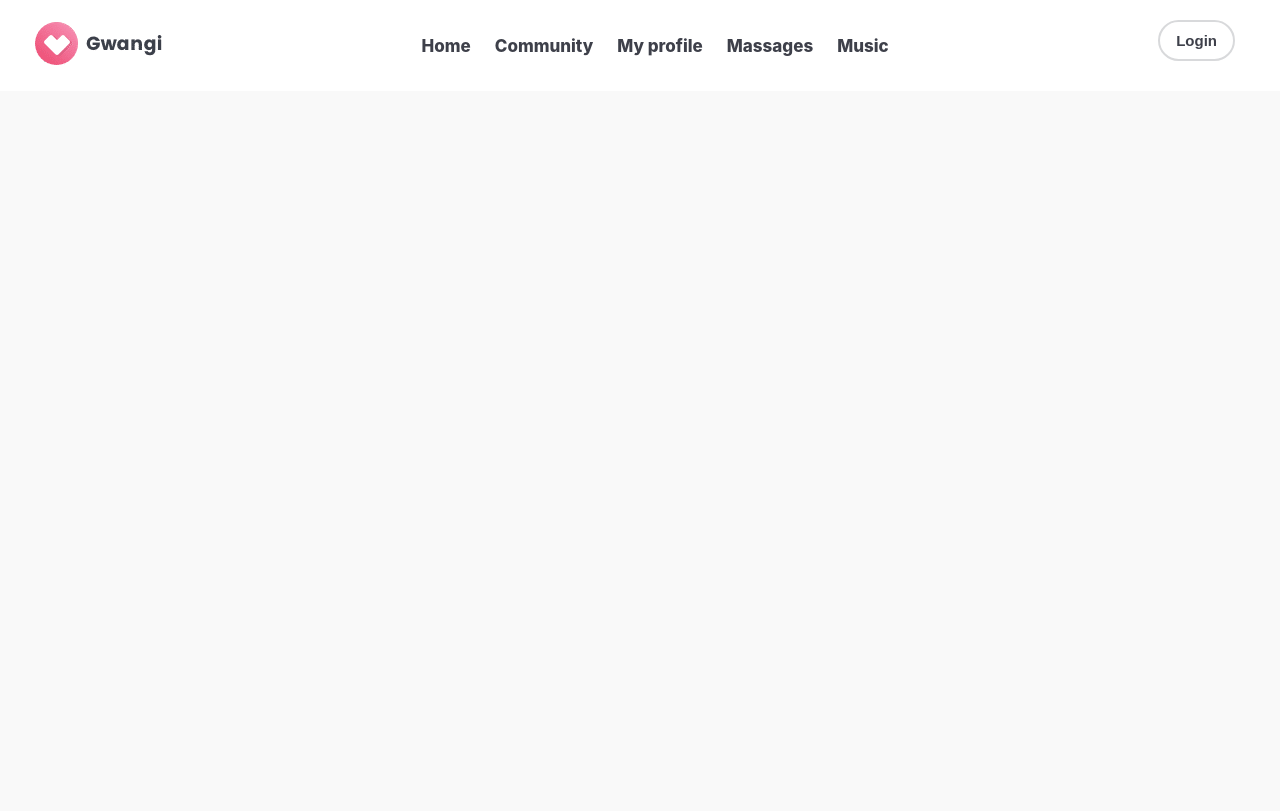
Repository: ShokunLiubov/Soc-Network-React
Page: /login
These files come from the project's save history. The page is drawn as it stood at one moment and after the next save; the edit follows.
The browser window is 1280 px wide. The pictures show the whole page.
The project was rebuilt for these pictures with package versions that can differ from the ones it lists, and the page was loaded fresh each time. Also part of the build but not shown: src/components/common/Paginator/Paginator.module.css, src/components/common/Paginator/Paginator.jsx, src/components/Community/Community.module.css, src/components/Community/Friend/Friend.jsx, src/components/Community/Community.jsx, src/components/common/Preloader/Preloader.jsx, src/components/Community/CommunityContainer.jsx, src/components/Dialogs/Dialogs.module.css and 14 more.

Above is the page before, as saved 2022-08-24 17:22:13.

After the next save:
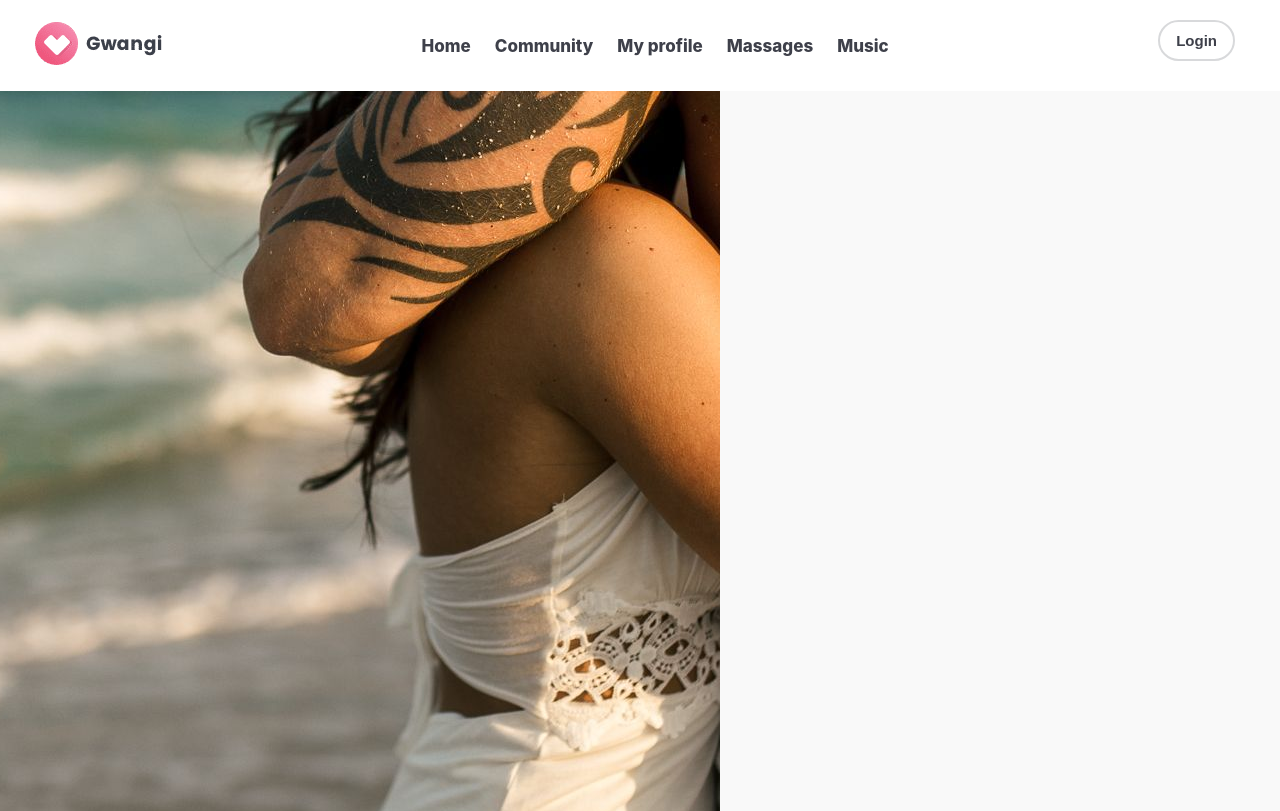
Saved 58 s later.
--- a/src/components/Auth/Registration/Registration.module.css
+++ b/src/components/Auth/Registration/Registration.module.css
@@ -1,6 +1,7 @@
 .background {
-    background-image: url(./../../../../public/images/registration-bgr.jpeg) no-repeat center center fixed;
-    /* background-repeat: no-repeat; */
+    background-image: url(./../../../../public/images/registration-bgr.jpeg);
+    background-repeat: no-repeat;
+    background-position: center;
     width: 100vh;
     height: 100vh;
 
